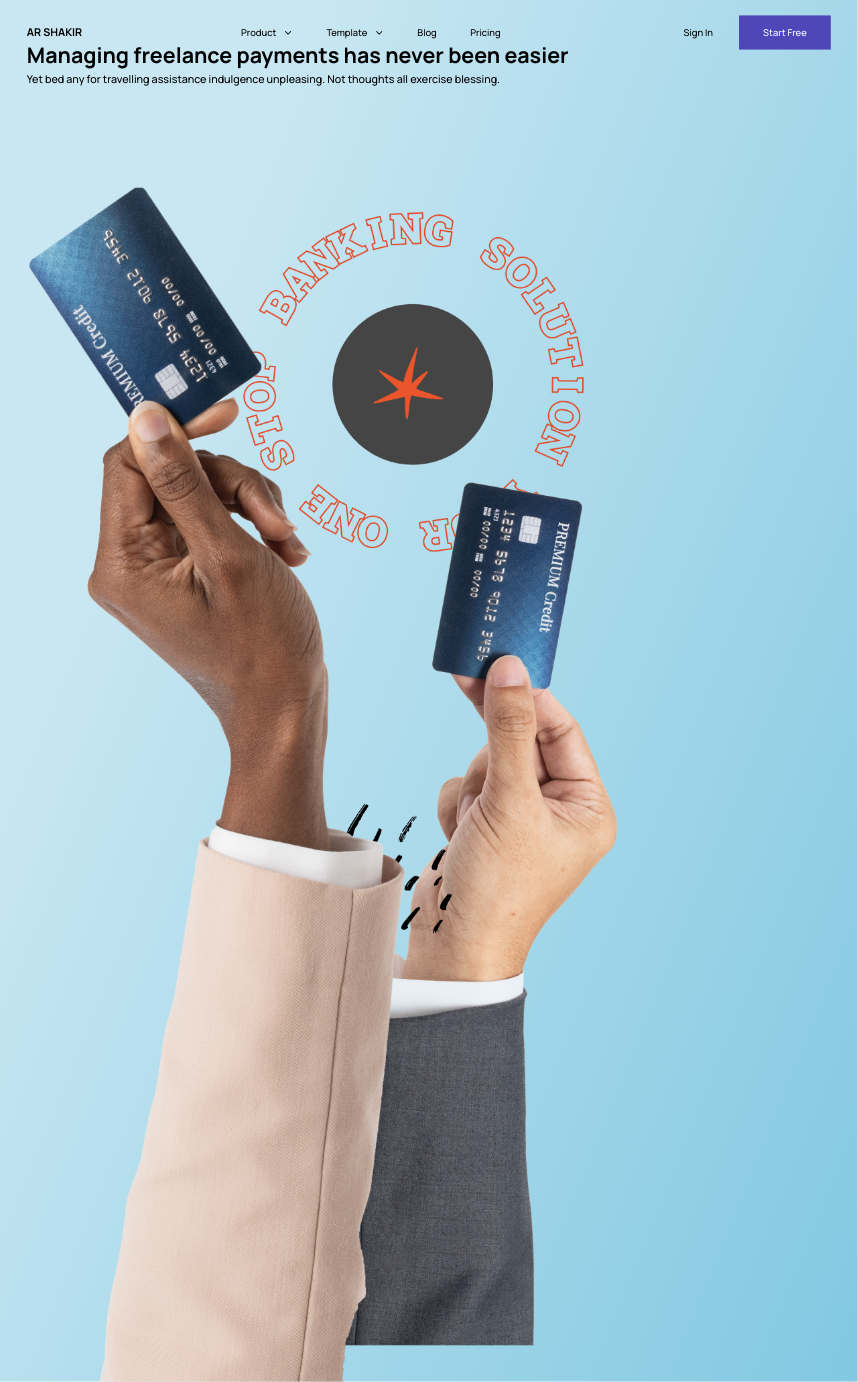
Repository: duongdori/ARShakir
Page: index.html
An editor plug-in stored every save of this project. The page is shown before and after the next save, followed by the edit.
The browser window is 1280 px wide. The pictures show the whole page, at 67% of full size.

Above is the page before, as saved 2022-04-01 23:01:52.

After the next save:
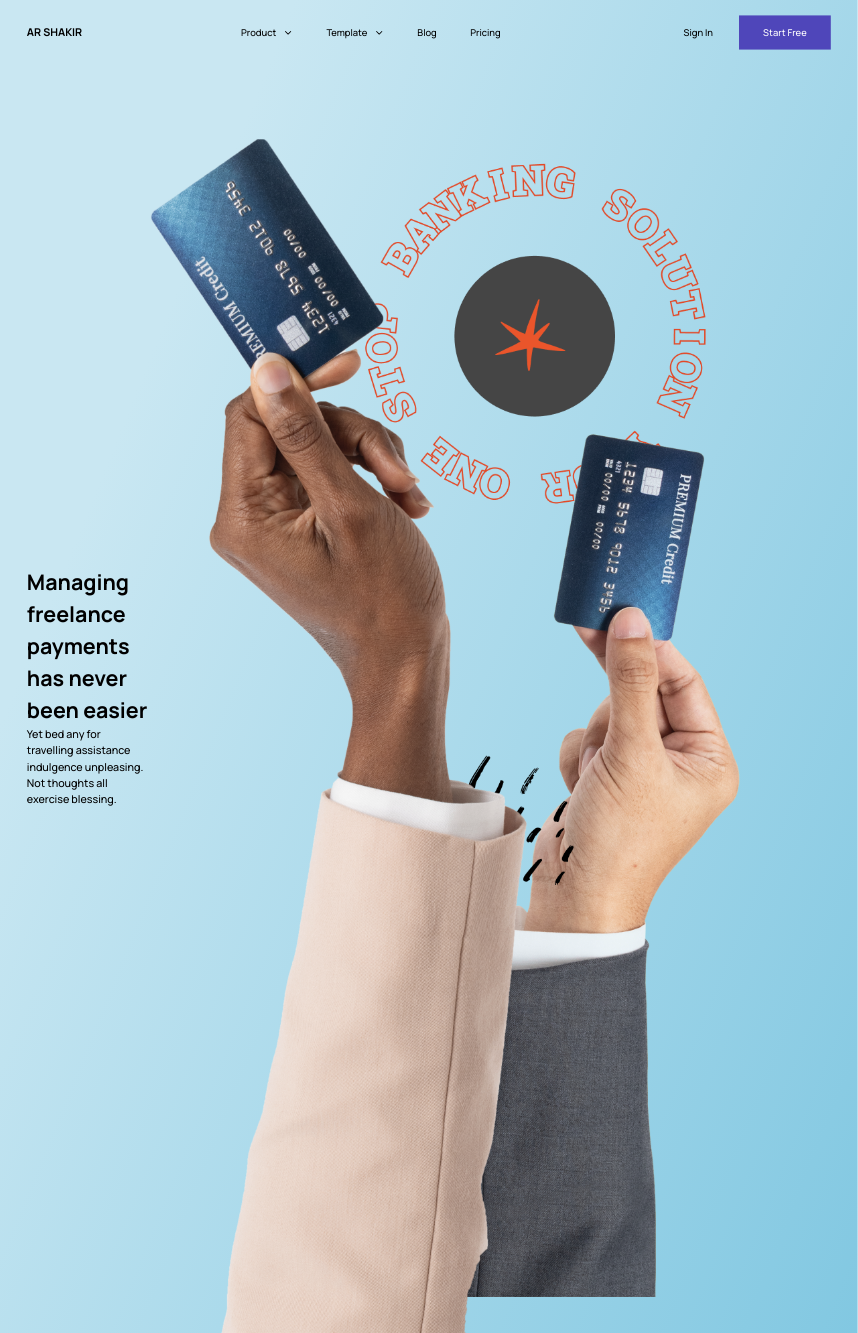
Saved 41 s later.
--- a/assets/css/main.css
+++ b/assets/css/main.css
@@ -117,3 +117,10 @@ body {
     padding: 16px 36px;
 
 }
+
+
+.header-main {
+    display:flex;
+    justify-content: space-between;
+    align-items: center;
+}
